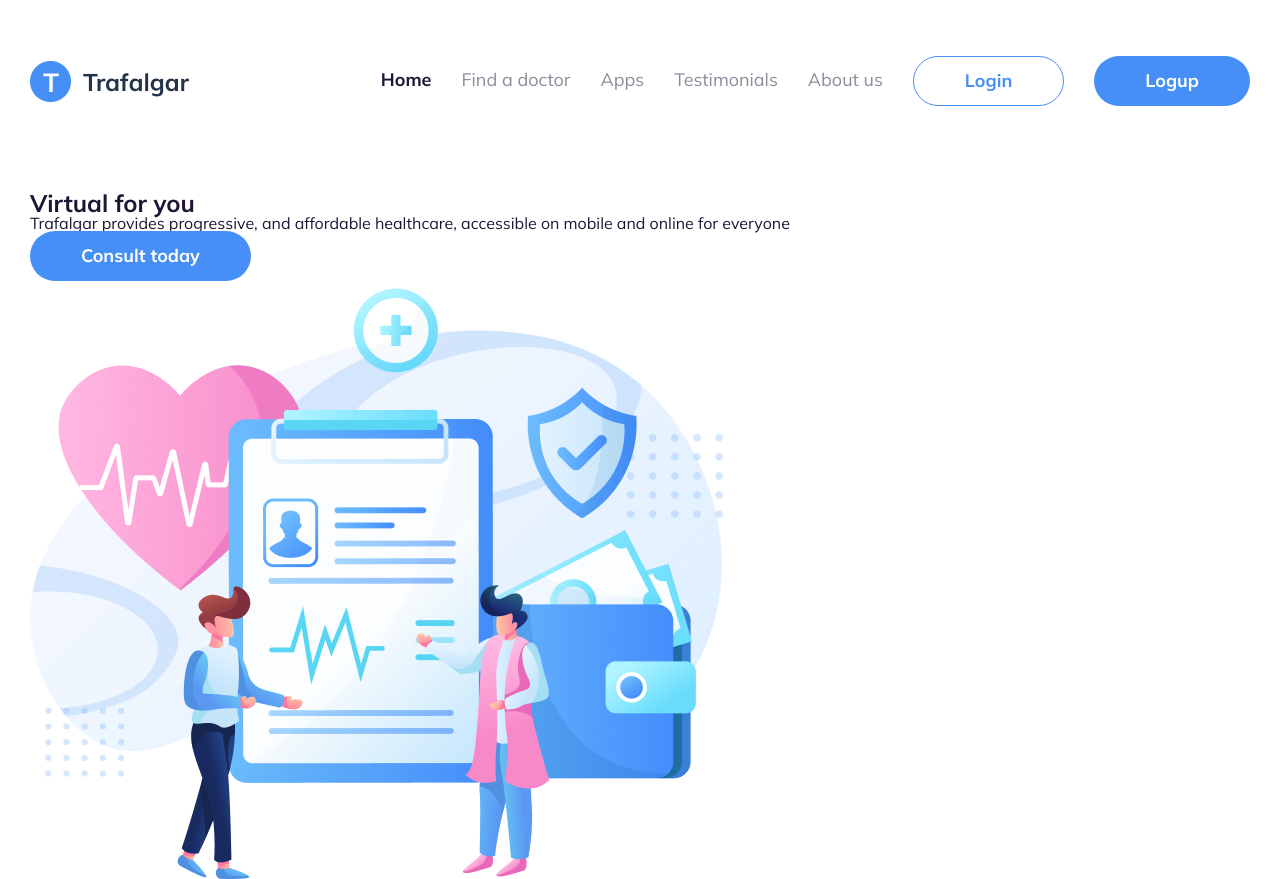
Repository: tungcutte35/Trafalgar
Page: index.html
The author's editor kept a copy of each file at every save. The page is drawn from the files as they stood at one save, then again after the next save.
The browser window is 1280 px wide. The pictures show the whole page.
The style sheet was rebuilt from its Sass, Less or Tailwind sources for each picture, by a compiler version that may differ from the author's.

Above is the page before, as saved 2021-10-17 16:48:18.

### index.html
<!DOCTYPE html>
<html lang="en">
<head>
  <meta charset="UTF-8">
  <meta http-equiv="X-UA-Compatible" content="IE=edge">
  <meta name="viewport" content="width=device-width, initial-scale=1.0">
  <title>HE</title>
  <link rel="stylesheet" href="./sass/css/app.css">
  <link rel="preconnect" href="https://fonts.googleapis.com">
  <link rel="preconnect" href="https://fonts.gstatic.com" crossorigin>
  <link href="https://fonts.googleapis.com/css2?family=Mulish:wght@300;400;700&display=swap" rel="stylesheet">
 <link rel="stylesheet" href="./font/fontawesome-free-5.15.4-web/css/all.min.css">
</head>
<body>
  <div class="wrapper">
    <header class="header">
    <div class="container">
      <div class="header-main">
        <img srcset="./Images/logo.png 2x" alt="" class="header-img">
        <ul class="menu">
          <li class="menu-item">
            <a href="#" class="menu-link menu-firsd">Home</a>
          </li>
          <li class="menu-item">
            <a href="#" class="menu-link">Find a doctor</a>
          </li>
          <li class="menu-item">
            <a href="#" class="menu-link">Apps</a>
          </li>
          <li class="menu-item">
            <a href="#" class="menu-link">Testimonials</a>
          </li>
          <li class="menu-item">
            <a href="#" class="menu-link">About us</a>
          </li>
          <li class="menu-log">
            <a href="#" class="button button--outline ">Login</a>
          </li>
          <li class="menu-log">
            <a href="#" class="button button--primary ">Logup</a>
          </li>
        </ul>
      </div>
    </div>
    </header>
    <section class="virtual">
      <div class="container">
        <div class="virtual-main">
          <div class="virtual-firsd">
            <h2 class="virtual-heading">Virtual
              for you</h2>
            <p class="virtual-content">Trafalgar provides progressive, and affordable
              healthcare, accessible on mobile and online
              for everyone</p>
            <div class="button button--primary">Consult today</div>
          </div>
          <div class="virtual-img">
            <img srcset="./Images/img1.png 2x" alt="" class="virtual-imgs">
          </div>
        </div>
      </div>
    </section>
  </div>


</body>
</html>

### sass/app.scss
@import "reset";
@import "variables";
@import "global";
@import "header";
@import "./menu";

### sass/_variables.scss
$font: "Mulish", sans-serif;
$gray: #1f1534;
$heading-color: #000000;
$primary-color: #458ff6;
$footer-color: #fff;

### sass/_global.scss
.wrapper {
  max-width: 1600px;
  margin: 0 auto;
}
.container {
  max-width: 1260px;
  margin: 0 auto;
  padding: 0 20px;
}
body {
  font-family: $font;
  line-height: 1;
  font-size: 16px;
  color: $gray;
}
ul {
  list-style-type: none;
}
.button {
  display: inline-flex;
  justify-content: center;
  align-items: center;
  font-size: 18px;
  font-weight: 700;
  height: 50px;
  padding: 0 51px;
  border-radius: 55px;
  background-color: transparent;
  border: 0;
  outline: none;
  cursor: pointer;
  &--primary {
    color: #fff;
    background-color: $primary-color;
  }
  &--outline {
    color: $primary-color;
    border: 1.4px solid $primary-color;
  }
}

### sass/_header.scss
.header {
  padding-top: 56px;
  margin-bottom: 85px;
  &-main {
    display: flex;
    justify-content: space-between;
    align-items: center;
  }
  &-log {
    display: flex;
    justify-content: space-between;
    align-items: center;
    gap: 0 40px;
  }
}

### sass/_menu.scss
.menu {
  display: flex;
  align-items: center;
  gap: 0 30px;
  &-link {
    color: #8f8a9a;
    font-size: 18px;
  }
  &-firsd {
    color: $gray;
    font-weight: 700;
  }
  &-link:after {
    display: block;
    content: "";
    border-bottom: solid 2px $primary-color;
    transform: scaleX(0);
    transition: transform 250ms ease-in-out;
  }
  &-link:hover:after {
    transform: scaleX(1);
  }
  &-link:hover {
    color: $primary-color;
  }
}

Loaded but not shown: font/fontawesome-free-5.15.4-web/css/all.min.css (library); sass/_reset.scss (common file)

After the next save:
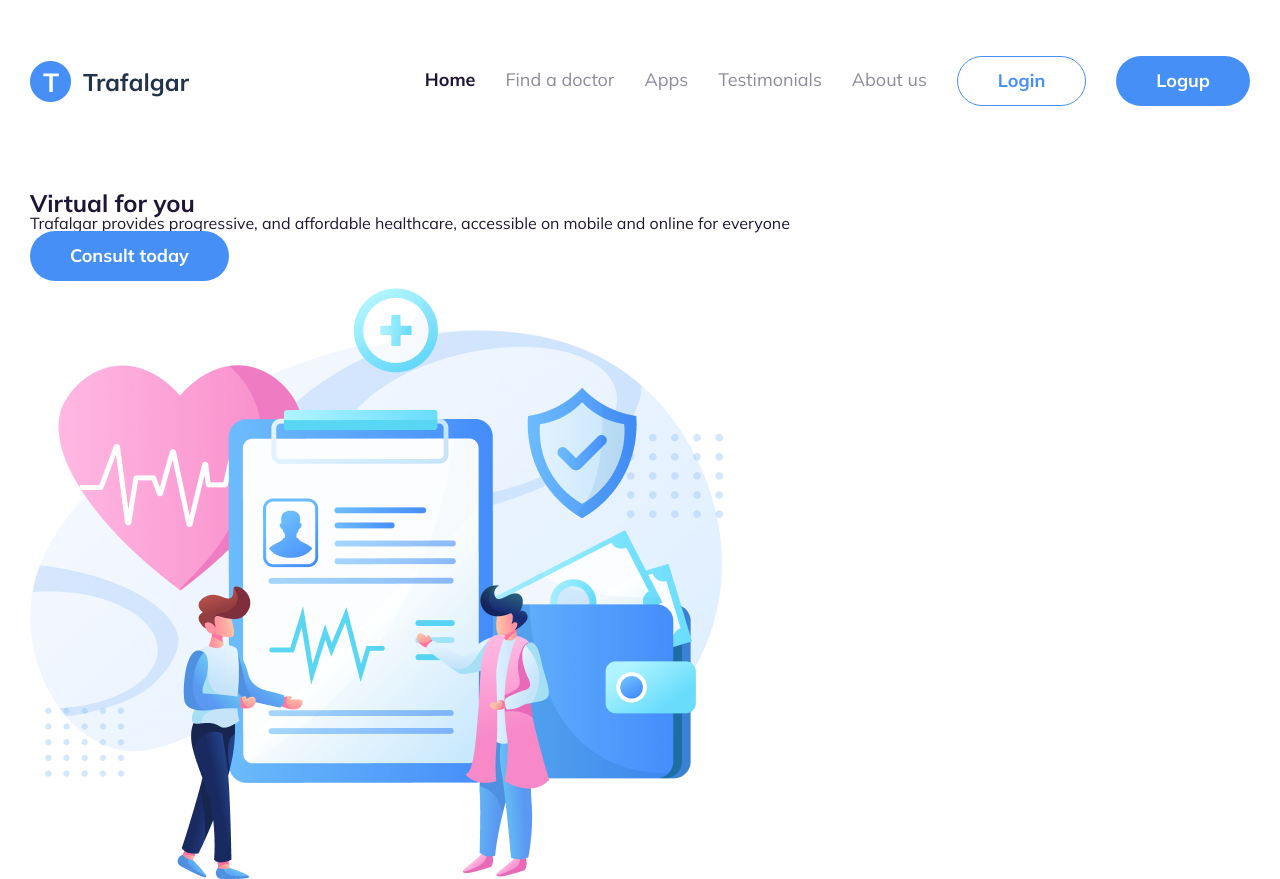
Saved 48 s later.
--- a/sass/_global.scss
+++ b/sass/_global.scss
@@ -23,7 +23,7 @@ ul {
   font-size: 18px;
   font-weight: 700;
   height: 50px;
-  padding: 0 51px;
+  padding: 0 40px;
   border-radius: 55px;
   background-color: transparent;
   border: 0;
